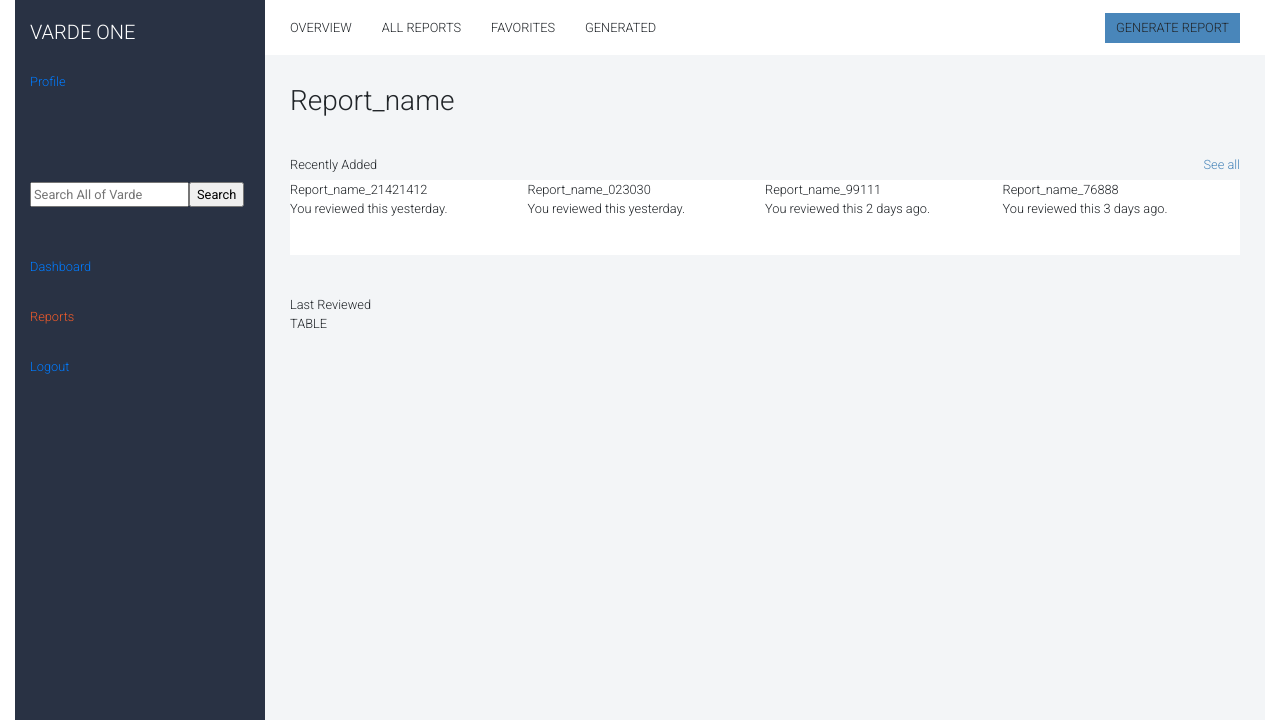
Repository: slavishtipkov/cra-redux
Page: /reports
These files come from the project's save history. The page is drawn as it stood at one moment and after the next save; the edit follows.
The browser window is 1280 px wide. The pictures show the whole page.
The project was rebuilt for these pictures with package versions that can differ from the ones it lists, and the page was loaded fresh each time.

Above is the page before, as saved 2019-07-09 16:02:11.

After the next save:
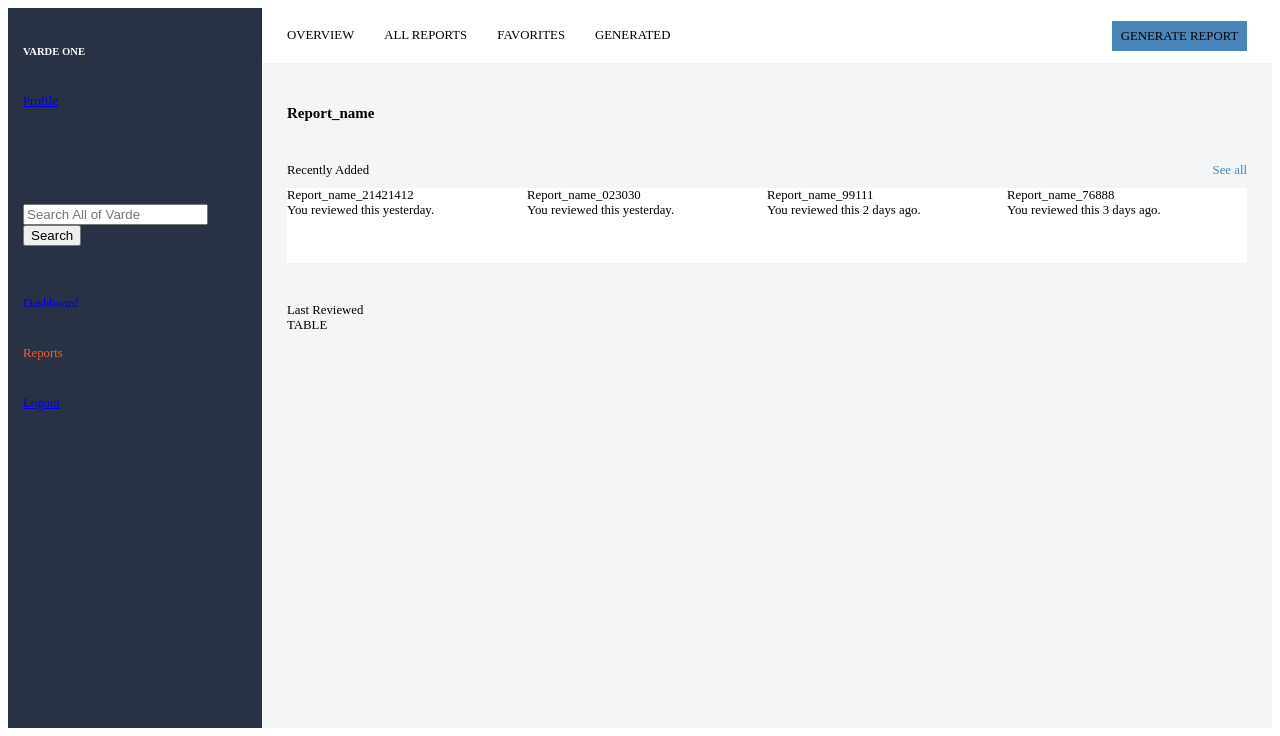
Saved 23 s later.
--- a/src/index.js
+++ b/src/index.js
@@ -4,10 +4,6 @@ import { BrowserRouter as Router } from "react-router-dom";
 import { Provider as ReduxProvider } from "react-redux";
 
 import * as serviceWorker from "./serviceWorker";
-
-import "@fortawesome/fontawesome-free/css/all.min.css";
-import "bootstrap-css-only/css/bootstrap.min.css";
-import "mdbreact/dist/css/mdb.css";
 
 import App from "./Components/App";
 import configureStore from "./Redux/configureStore";
